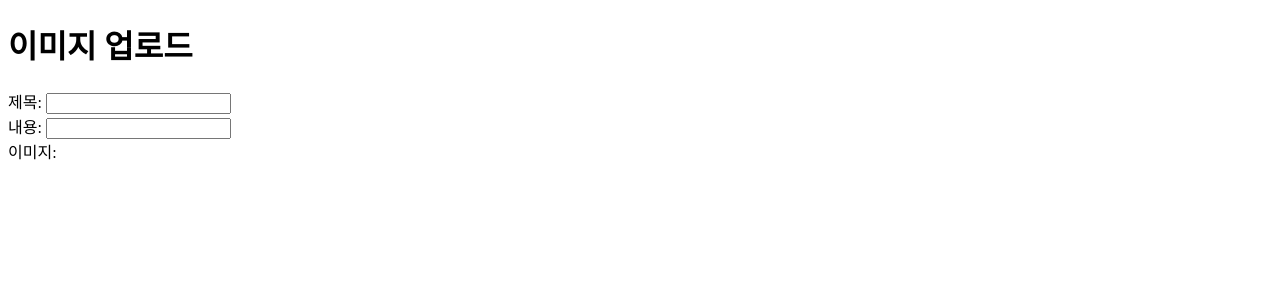
Repository: ExiNni/Travel-Project
Page: http://localhost/image/upload.jsp
These files come from the project's save history. The page is drawn as it stood at one moment and after the next save; the edit follows.
The browser window is 1280 px wide. The pictures show the whole page.
The page is served by Tomcat 9.

Above is the page before, as saved 2023-11-10 00:18:20.

After the next save:
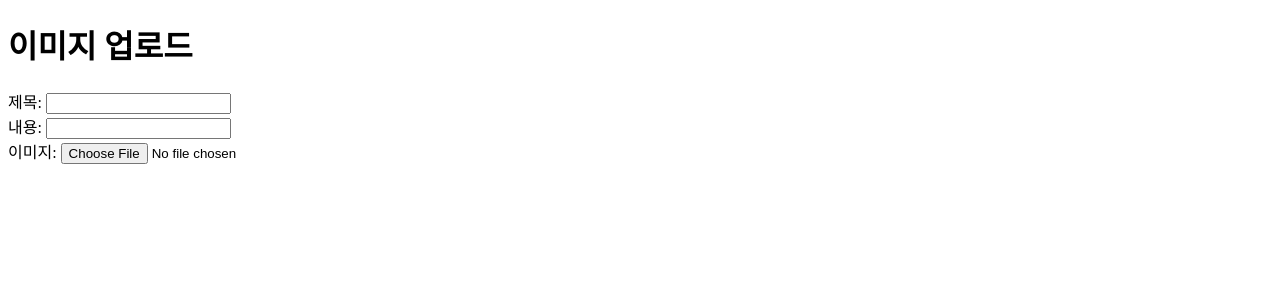
Saved 28 s later.
--- a/image/src/main/webapp/upload.jsp
+++ b/image/src/main/webapp/upload.jsp
@@ -15,6 +15,7 @@
 	<input type="text" name="content" id="content"><br>
 
 	<label>이미지: </label>
+	<input type="file" name="image" id="image">
 </form>
 </body>
 </html>
